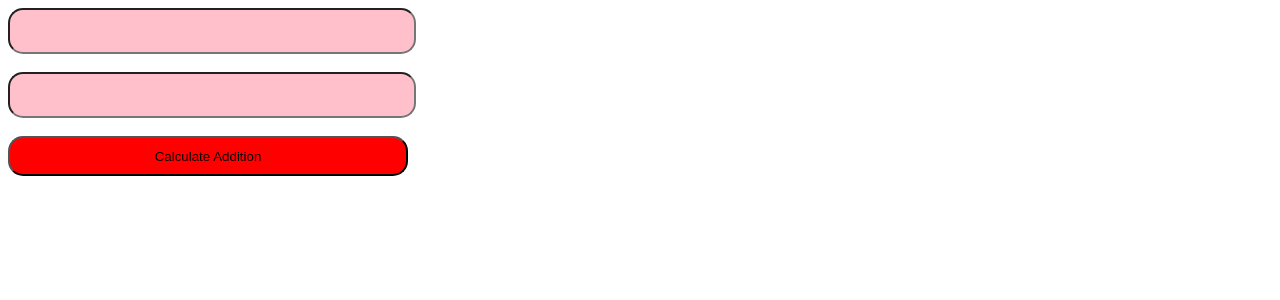
Repository: vaibhaokamble/MY_INSTITUTE_PUNE
Page: SERVLET/AdditionApplication/src/main/webapp/Addition.html
An editor plug-in stored every save of this project. The page is shown before and after the next save, followed by the edit.
The browser window is 1280 px wide. The pictures show the whole page.

Above is the page before, as saved 2022-10-19 06:13:56.

After the next save:
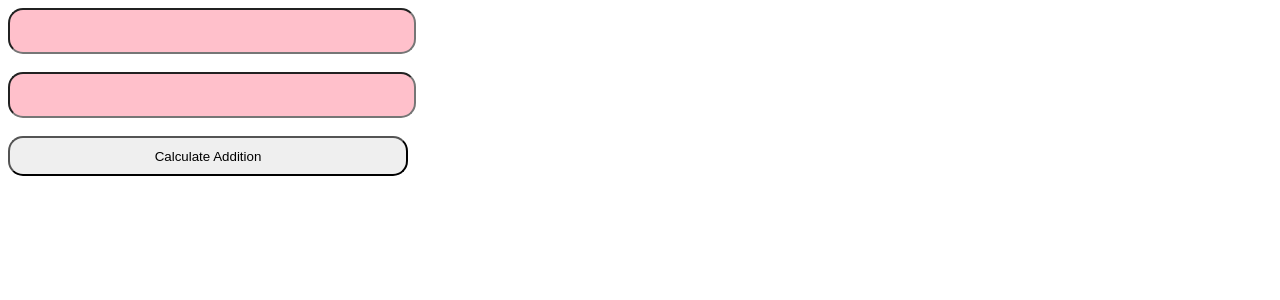
Saved 22 h 55 min later.
--- a/SERVLET/AdditionApplication/src/main/webapp/Addition.html
+++ b/SERVLET/AdditionApplication/src/main/webapp/Addition.html
@@ -15,7 +15,7 @@
 	<br>
 	<br>
 	<input type='submit' name='s' value='Calculate Addition'
-		style='width: 400px; height: 40px; background-color:red;border-radius:15px;' />
+		style='width: 400px; height: 40px; backgroseund-color:red;border-radius:15px;' />
 
 </body>
 </html>
